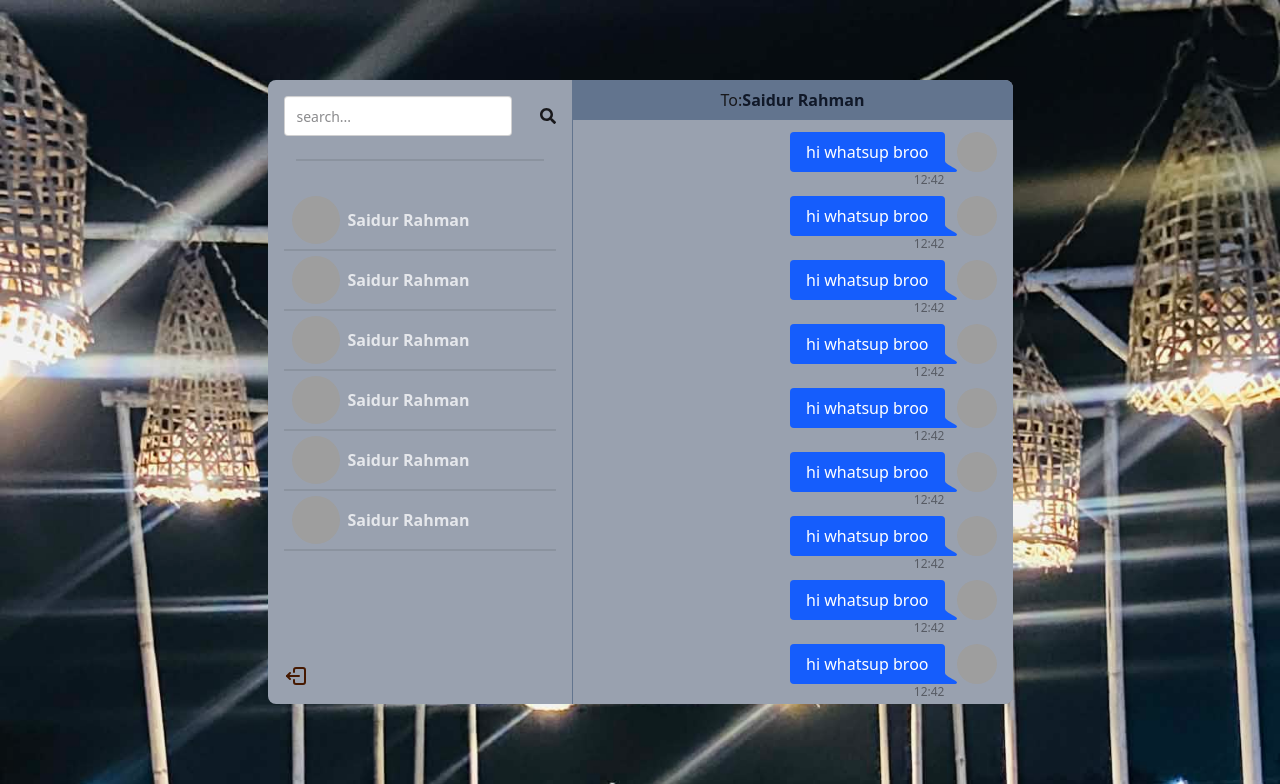
Repository: ridhukhan/chatapp
Page: / (app in frontend/)
An editor plug-in stored every save of this project. The page is shown before and after the next save, followed by the edit.
The browser window is 1280 px wide. The pictures show the whole page.
Pictures or frames that could not be fetched are drawn as grey boxes. Backgrounds fixed to the window are drawn as part of the page. The project was rebuilt for these pictures with package versions that can differ from the ones it lists, and the page was loaded fresh each time. Also part of the build but not shown: frontend/vite.config.js, frontend/src/Pages/login/Login.jsx, frontend/src/Pages/signup/GendarCheckbox.jsx, frontend/src/Pages/signup/SignUp.jsx.

Above is the page before, as saved 2025-12-25 18:54:28.

After the next save:
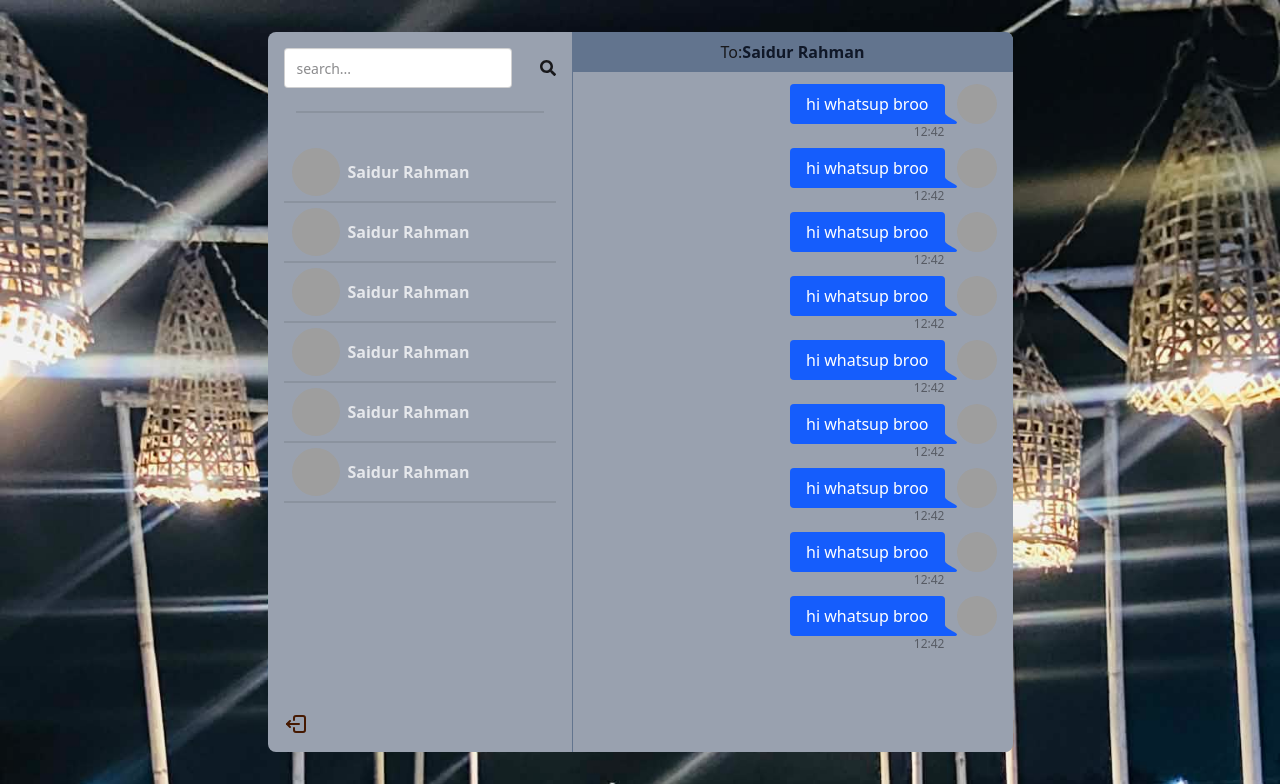
Saved 3 min 11 s later.
--- a/frontend/src/Components/messages/MessageContainer.jsx
+++ b/frontend/src/Components/messages/MessageContainer.jsx
@@ -3,7 +3,7 @@ import Messages from './Messages'
 
 const MessageContainer = () => {
   return (
-    <div className='md:min-w-110 flex flex-col'>
+    <div className='md:min-w-110 flex flex-col  h-screen'>
 
 
         <>
